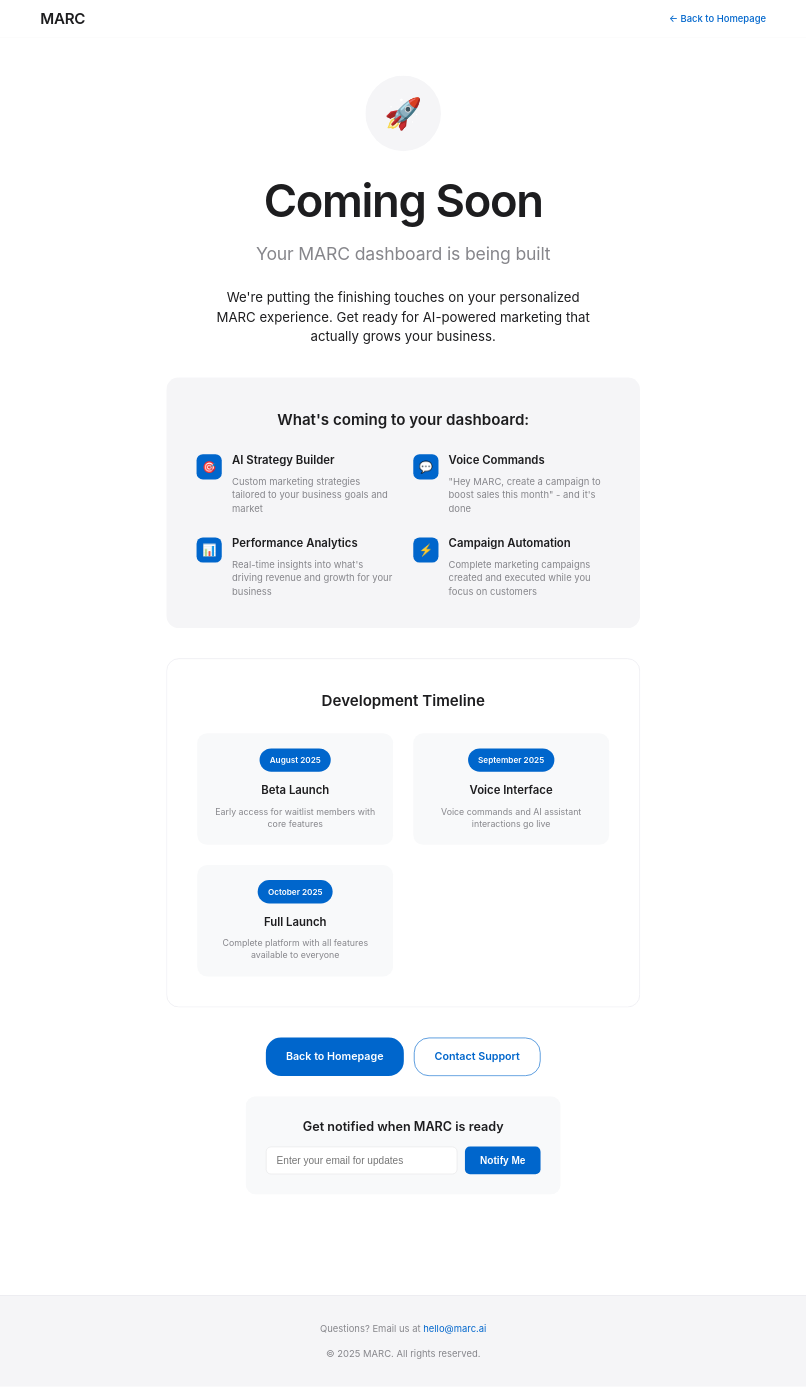
Repository: techandbeauty/MARCAi
Page: coming-soon.html
These files come from the project's save history. The page is drawn as it stood at one moment and after a run of saves; the edit follows.
The browser window is 1280 px wide. The pictures show the whole page, at 63% of full size.

Above is the page before, as saved 2025-07-12 13:17:22.

After the next 2 saves:
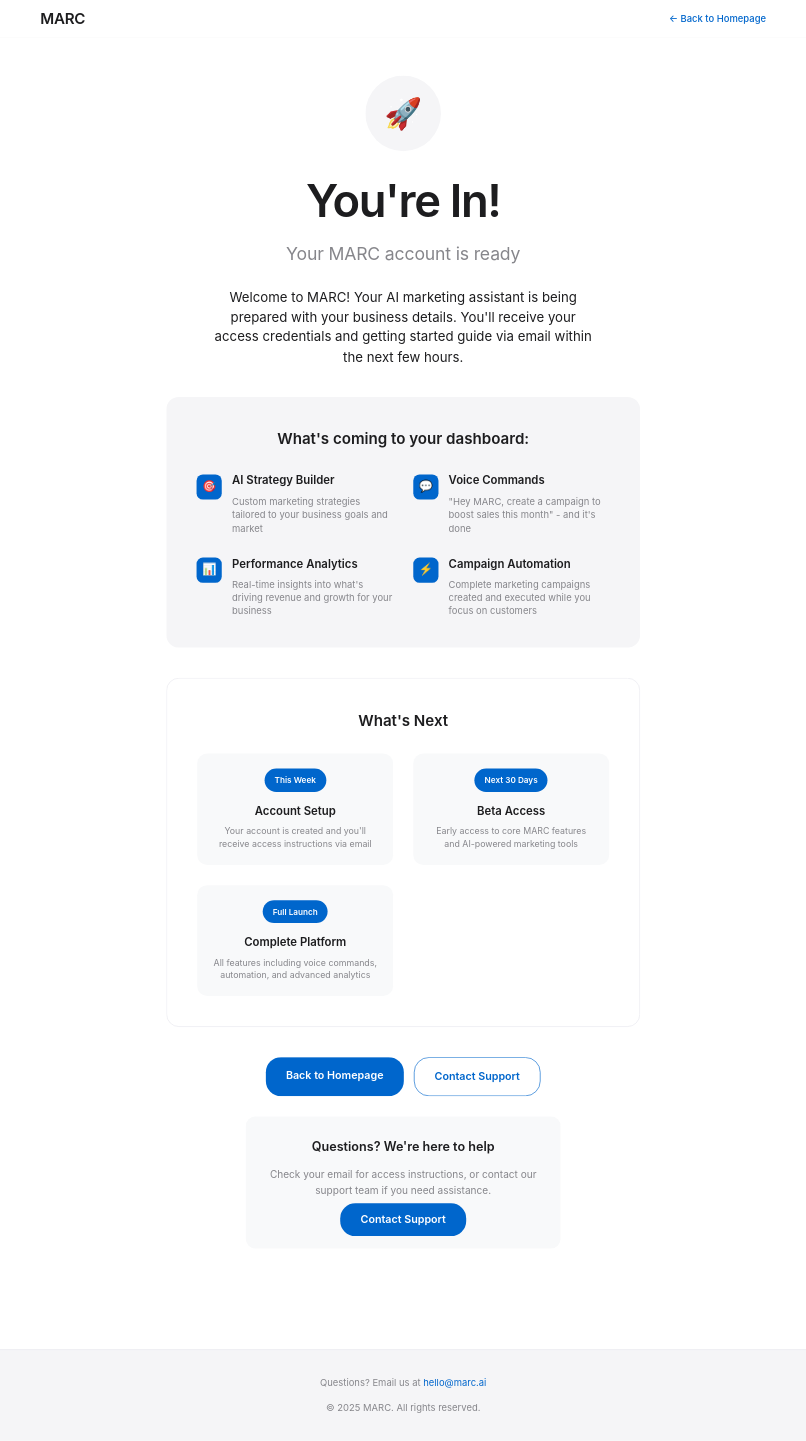
The 2 saves are shown as one change because they came seconds apart.
The last was saved 9 min 56 s later.
--- a/coming-soon.html
+++ b/coming-soon.html
@@ -422,10 +422,10 @@
         <div class="content-container">
             <div class="coming-soon-icon animate-in">🚀</div>
 
-            <h1 class="main-title animate-in">Coming Soon</h1>
-            <p class="subtitle animate-in">Your MARC dashboard is being built</p>
+            <h1 class="main-title animate-in">You're In!</h1>
+            <p class="subtitle animate-in">Your MARC account is ready</p>
             <p class="description animate-in">
-                We're putting the finishing touches on your personalized MARC experience. Get ready for AI-powered marketing that actually grows your business.
+                Welcome to MARC! Your AI marketing assistant is being prepared with your business details. You'll receive your access credentials and getting started guide via email within the next few hours.
             </p>
 
             <div class="features-preview animate-in">
@@ -463,22 +463,22 @@
             </div>
 
             <div class="timeline animate-in">
-                <h2 class="timeline-title">Development Timeline</h2>
+                <h2 class="timeline-title">What's Next</h2>
                 <div class="timeline-items">
                     <div class="timeline-item">
-                        <div class="timeline-date">August 2025</div>
-                        <h3>Beta Launch</h3>
-                        <p>Early access for waitlist members with core features</p>
+                        <div class="timeline-date">This Week</div>
+                        <h3>Account Setup</h3>
+                        <p>Your account is created and you'll receive access instructions via email</p>
                     </div>
                     <div class="timeline-item">
-                        <div class="timeline-date">September 2025</div>
-                        <h3>Voice Interface</h3>
-                        <p>Voice commands and AI assistant interactions go live</p>
+                        <div class="timeline-date">Next 30 Days</div>
+                        <h3>Beta Access</h3>
+                        <p>Early access to core MARC features and AI-powered marketing tools</p>
                     </div>
                     <div class="timeline-item">
-                        <div class="timeline-date">October 2025</div>
-                        <h3>Full Launch</h3>
-                        <p>Complete platform with all features available to everyone</p>
+                        <div class="timeline-date">Full Launch</div>
+                        <h3>Complete Platform</h3>
+                        <p>All features including voice commands, automation, and advanced analytics</p>
                     </div>
                 </div>
             </div>
@@ -490,18 +490,12 @@
                 </div>
 
                 <div class="notification-signup animate-in">
-                    <h3 class="notification-title">Get notified when MARC is ready</h3>
-                    <form class="notification-form" id="notifyForm">
-                        <input
-                            type="email"
-                            class="notification-input"
-                            placeholder="Enter your email for updates"
-                            required
-                        >
-                        <button type="submit" class="notify-btn">Notify Me</button>
-                    </form>
-                    <div class="success-message" id="successMessage">
-                        ✅ Thanks! We'll email you as soon as MARC is ready.
+                    <h3 class="notification-title">Questions? We're here to help</h3>
+                    <div style="text-align: center;">
+                        <p style="margin-bottom: 20px; color: #86868b;">
+                            Check your email for access instructions, or contact our support team if you need assistance.
+                        </p>
+                        <a href="mailto:hello@marc.ai" class="btn btn-primary">Contact Support</a>
                     </div>
                 </div>
             </div>
@@ -515,20 +509,6 @@
     </footer>
 
     <script>
-        // Notification signup
-        document.getElementById('notifyForm').addEventListener('submit', function(e) {
-            e.preventDefault();
-
-            // Show success message
-            document.getElementById('successMessage').style.display = 'block';
-
-            // Reset form
-            this.reset();
-
-            // In a real app, you'd submit this to your email service
-            console.log('Email notification signup submitted');
-        });
-
         // Animate elements on scroll
         const observerOptions = {
             threshold: 0.1,
